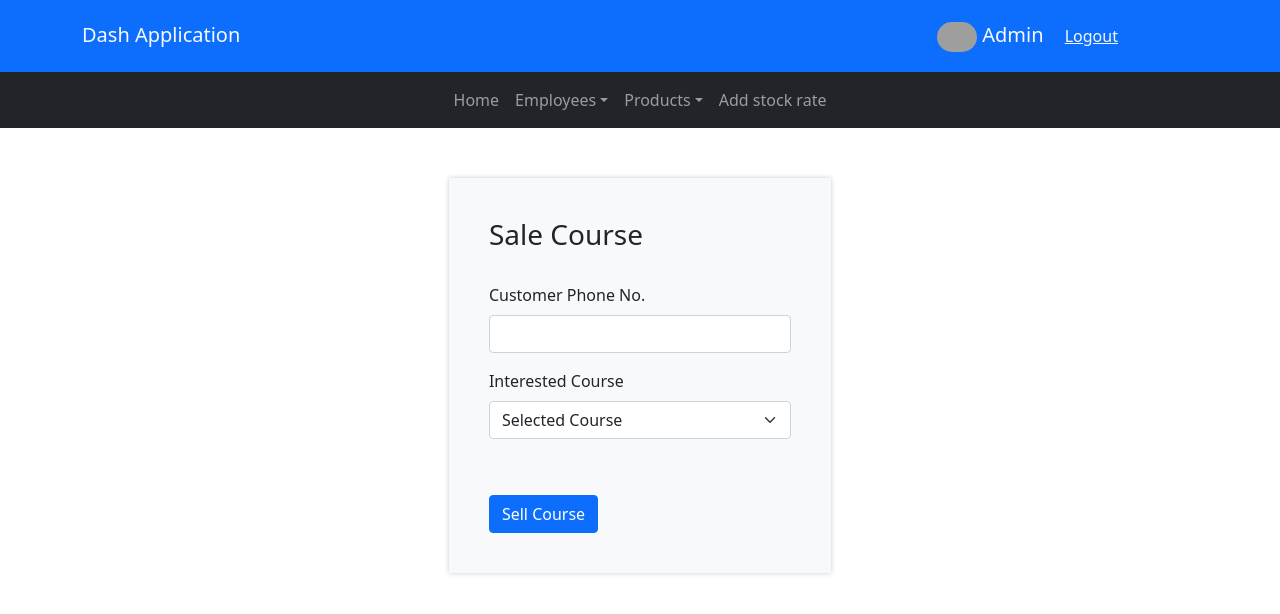
Repository: DevloperSudip/Insight-Dashboard
Page: http://localhost/DashProject/WEB-INF/views/sale-course.jsp
The author's editor kept a copy of each file at every save. The page is drawn from the files as they stood at one save, then again after the next save.
The browser window is 1280 px wide. The pictures show the whole page.
Pictures or frames that could not be fetched are drawn as grey boxes. The page is served by Tomcat 10. Nobody is signed in. Other server files are loaded and not shown. The template is opened directly, without the code that normally fills it, so the values that code supplies are empty.

Above is the page before, as saved 2024-04-26 08:23:03.

### DashProject_FinalProject/DashProject/src/main/webapp/WEB-INF/views/sale-course.jsp
<%@ page language="java" contentType="text/html; charset=ISO-8859-1"
	pageEncoding="ISO-8859-1"%>

<%@ taglib prefix="c" uri="http://java.sun.com/jsp/jstl/core"%>
<%@taglib prefix="form" uri="http://www.springframework.org/tags/form"%>

<!DOCTYPE html>
<html lang="en">
	<head>
		<title>Sale Course</title>
		<meta charset="utf-8">
		<meta name="viewport" content="width=device-width, initial-scale=1">
		<link href="https://cdn.jsdelivr.net/npm/bootstrap@5.0.2/dist/css/bootstrap.min.css" rel="stylesheet" />
		<script src="https://cdn.jsdelivr.net/npm/bootstrap@5.0.2/dist/js/bootstrap.bundle.min.js"></script>

		<link rel="stylesheet" type="text/css" href="css/style.css" />

		<script src="https://code.jquery.com/jquery-3.7.0.min.js"></script>
		<script type="text/javascript">
			function getSelectedCourse()
			{
				var selectedcourse = document.getElementById('coursename').value;
				//alert(selectedcourse);

				if(selectedcourse !== "")
				{
					var xhr = new XMLHttpRequest();
					xhr.open("GET", "/getCoursePrices?selectedcourse="+selectedcourse, true);
					xhr.onreadystatechange = function() {
						if(xhr.readyState === 4 && xhr.status === 200)
						{
							var response = JSON.parse(xhr.responseText);

							var product = response;

							var discountedprice = product.discountedprice;
							var originalprice = product.originalprice;

							document.getElementById("originalpriceid").textContent = originalprice;
							document.getElementById("discountedpriceid").textContent = discountedprice;

							$("#priceDivId").css("visibility", "visible");
						}
					};
					xhr.send();
				}
				else
				{
					$("#priceDivId").css("visibility", "hidden");
				}
			}
		</script>
	</head>
	<body>
		<jsp:include page="header-admin.jsp" />

		<div class="container-fluid">
			<div class="container">

				<c:if test="${not empty model_success}">
					<div class="row">
						<div class="alert alert-success alert-dismissible fade show"
							role="alert">
							${model_success}
							<button type="button" class="btn-close" data-bs-dismiss="alert"
								aria-label="Close"></button>
						</div>
					</div>
				</c:if>

				<c:if test="${not empty model_error}">
					<div class="row">
						<div class="alert alert-danger alert-dismissible fade show"
							role="alert">
							${model_error}
							<button type="button" class="btn-close" data-bs-dismiss="alert"
								aria-label="Close"></button>
						</div>
					</div>
				</c:if>

				<div class="row">
					<div class="col-3"></div>
					<div class="col-6 d-flex justify-content-center">
						<div class="addemp_div_design bg-light">
							<h3>Sale Course</h3>
							<br />
							<form:form action="saleCourseForm" method="post" modelAttribute="modelSaleCourseAttr">
								<div class="mb-3">
									<label class="form-label">Customer Phone No.</label>
									<form:input path="custphoneno" cssClass="form-control" />
									<form:errors path="custphoneno" cssClass="error_message_design" />
								</div>

								<div class="mb-3">
									<label class="form-label">Interested Course</label>
									<form:select path="coursename" id="coursename" cssClass="form-select" onchange="getSelectedCourse()">
										<form:option value="">Selected Course</form:option>
										<form:options items="${model_coursename_list}" />
									</form:select>
									<form:errors path="coursename" cssClass="error_message_design" />
								</div>
								<div class="mb-3" id="priceDivId" style="visibility: hidden;">
									Price to Pay : <strong><del>Rs. <span id="originalpriceid" style="color:red"></span></del></strong> &nbsp;&nbsp; Rs. <span id="discountedpriceid" class="text-primary"></span>
								</div>
								<input type="submit" value="Sell Course" class="btn btn-primary" />
							</form:form>
						</div>
					</div>
					<div class="col-3"></div>
				</div>
			</div>
		</div>

	</body>
</html>

### DashProject_FinalProject/DashProject/src/main/webapp/WEB-INF/views/header-admin.jsp
<%@ page language="java" contentType="text/html; charset=ISO-8859-1"
    pageEncoding="ISO-8859-1"%>
<!DOCTYPE html>
<html>
	<head>
		<meta charset="ISO-8859-1">
		<title>Insert title here</title>
	</head>
	<body>
		<div class="container-fluid bg-primary header_design">
            <div class="container">
                <div class="row">
                    <div class="col-3">
                        <a href="profileAdmin" class="navbar-brand text-light"> Dash Application </a>
                    </div>
                    <div class="col-6"> </div>
                    <div class="col-3">
                        <a class="navbar-brand text-light" href="#">
                            <img src="images/admin_profile_pic.png" alt="Welcome Admin" style="width:40px;" class="rounded-pill">
                            Admin
                        </a>
                        <a href="logout" class="text-light"> Logout </a>
                    </div>
                </div>
            </div>
        </div>

        <nav class="navbar navbar-expand-sm bg-dark navbar-dark container-fluid">
            <div class="container">
                <button class="navbar-toggler" type="button" data-bs-toggle="collapse" data-bs-target="#collapsibleNavbar">
                    <span class="navbar-toggler-icon"></span>
                </button>
                <div class="collapse navbar-collapse justify-content-center" id="collapsibleNavbar">
                    <ul class="navbar-nav">
                    	<li class="nav-item">
                            <a class="nav-link" href="profileAdmin">Home</a>
                        </li>
                        <li class="nav-item dropdown">
                            <a class="nav-link dropdown-toggle" href="#" role="button" data-bs-toggle="dropdown">Employees</a>
                            <ul class="dropdown-menu">
                                <li><a class="dropdown-item" href="addEmployee">Add Employee</a></li>
                                <li><a class="dropdown-item" href="emplist">Employee's List</a></li>
                            </ul>
                        </li>
                        <li class="nav-item dropdown">
                            <a class="nav-link dropdown-toggle" href="#" role="button" data-bs-toggle="dropdown">Products</a>
                            <ul class="dropdown-menu">
                                <li><a class="dropdown-item" href="addProducts">Add Products</a></li>
                                <li><a class="dropdown-item" href="productsList">Products's List</a></li>
                            </ul>
                        </li>
                        <li class="nav-item">
                            <a class="nav-link" href="saleCourse">Add stock rate</a>
                        </li>
                    </ul>
                </div>
            </div>
        </nav>
	</body>
</html>

### DashProject_FinalProject/DashProject/src/main/resources/static/css/style.css
.header_design
{
    height: auto;
    width: 100%;
    float: left;
    padding: 20px;
}
.main_page_banner
{
    height: auto;
    width: auto;
    background-image: url('https://c4.wallpaperflare.com/wallpaper/163/392/912/map-wold-map-technology-world-wallpaper-preview.jpg');
    /* opacity: .8; */
    /* background-size: cover; */
}
.main_page_title
{
    float: left;
    margin-top: 80px;
    font-size: 26px;
    color: white;
    text-shadow: 1px 1px 1px #ffff00;
}
.login_div_design
{
    padding: 40px;
    box-shadow: 0px 0px 5px #cccccc;
    float: left;
    margin-top: 50px;
}
.addemp_div_design
{
    width: 70%;
    padding: 40px;
    box-shadow: 0px 0px 5px #cccccc;
    float: left;
    margin-top: 50px;
}
.form_div_design
{
	width: 100%;
	padding: 40px;
	box-shadow: 0px 0px 5px #cccccc;
	float: left;
    margin-top: 20px;
}
.error_message_design
{
	color: red;
	font-size: 14px;
	font-weight: bold;
}
.course_details_div
{
	height: auto;
	width: auto;
	padding: 20px;
	box-shadow: 0px 0px 5px #cccccc;
}

After the next save:
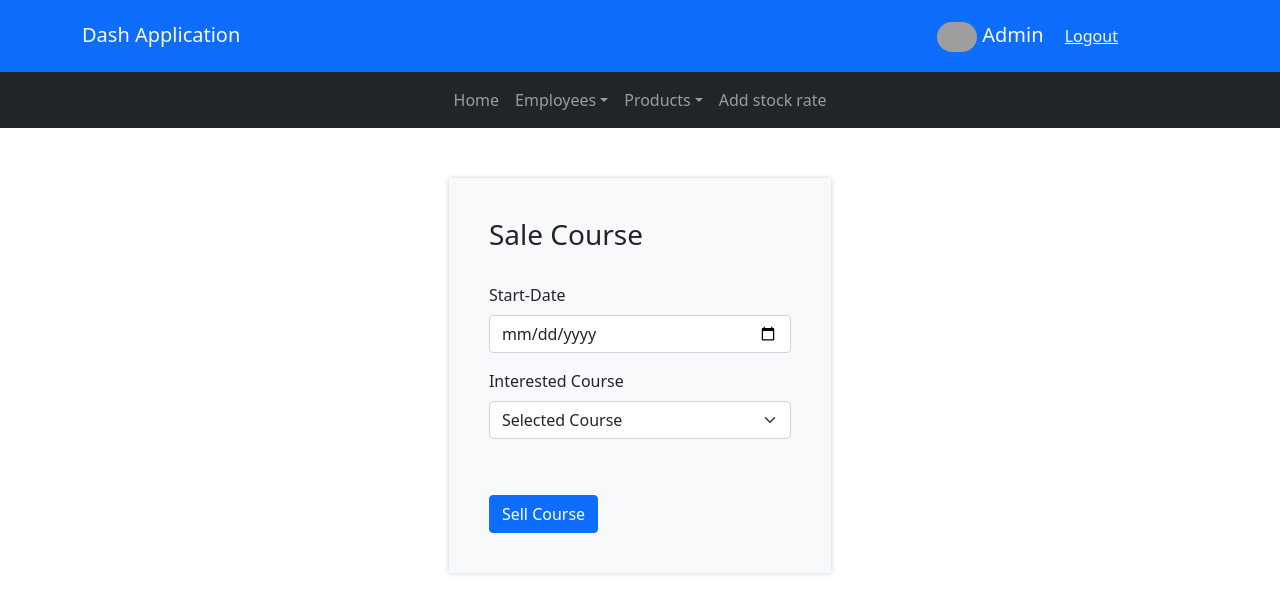
Saved 5 min 55 s later.
--- a/DashProject_FinalProject/DashProject/src/main/webapp/WEB-INF/views/sale-course.jsp
+++ b/DashProject_FinalProject/DashProject/src/main/webapp/WEB-INF/views/sale-course.jsp
@@ -86,9 +86,15 @@
 							<h3>Sale Course</h3>
 							<br />
 							<form:form action="saleCourseForm" method="post" modelAttribute="modelSaleCourseAttr">
-								<div class="mb-3">
+								<%-- <div class="mb-3">
 									<label class="form-label">Customer Phone No.</label>
 									<form:input path="custphoneno" cssClass="form-control" />
+									<form:errors path="custphoneno" cssClass="error_message_design" />
+								</div> --%>
+
+								<div class="mb-3">
+									<label class="form-label">Start-Date</label>
+									<input type="date"   name="startdate" id="startdate" placeholder="DD-MM-YYYY" pattern="\d{2}-\d{2}-\d{4}"  Class="form-control" />
 									<form:errors path="custphoneno" cssClass="error_message_design" />
 								</div>
 
